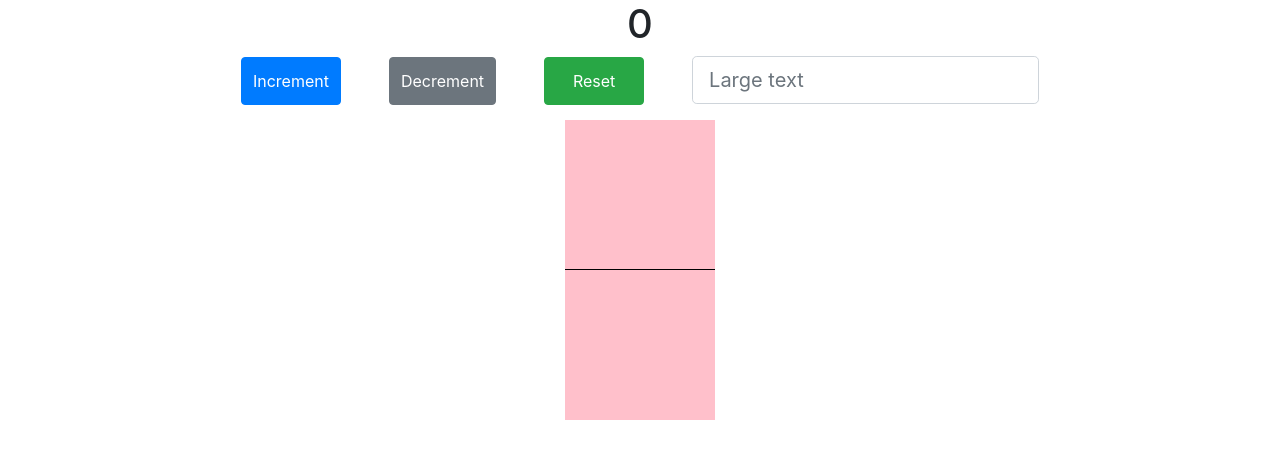
Repository: tts2610/redux-counter
Page: /
An editor plug-in stored every save of this project. The page is shown before and after the next save, followed by the edit.
The browser window is 1280 px wide. The pictures show the whole page.
The project was rebuilt for these pictures with package versions that can differ from the ones it lists, and the page was loaded fresh each time.

Above is the page before, as saved 2020-06-09 15:14:17.

After the next save:
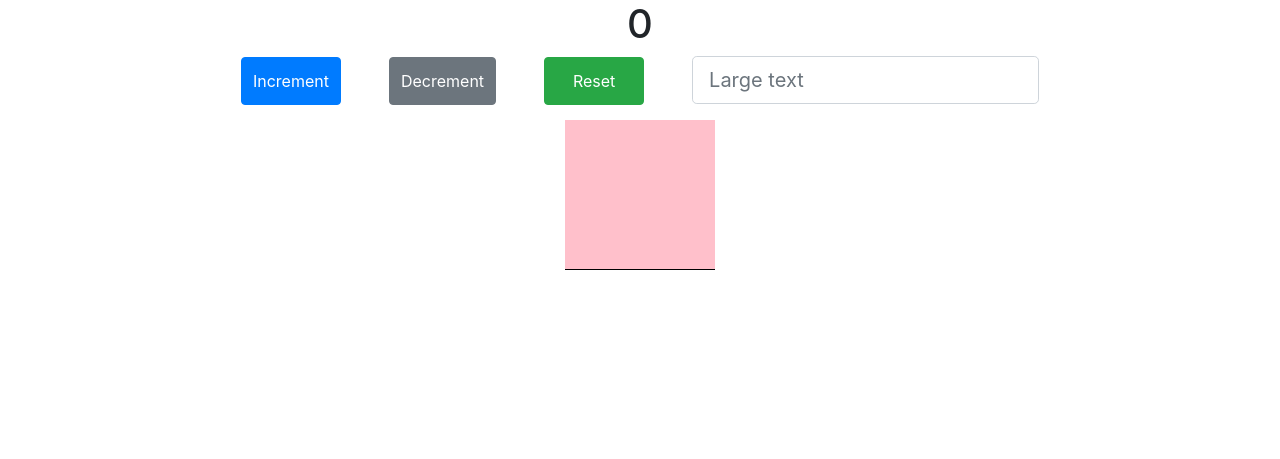
Saved 3 min 15 s later.
--- a/src/App.js
+++ b/src/App.js
@@ -10,7 +10,21 @@ function App() {
   const color = useSelector((state) => state.color);
   const dispatch = useDispatch();
 
-  console.log(count);
+  let temp = count;
+  let divList = [];
+  while (temp > 0) {
+    divList.push(
+      <div
+        style={{
+          width: "150px",
+          height: "150px",
+          backgroundColor: `${color}`,
+          margin: "0 auto",
+        }}
+      ></div>
+    );
+    temp--;
+  }
 
   return (
     <div className="App">
@@ -67,14 +81,6 @@ function App() {
           borderBottom: "1px solid black",
         }}
       ></div>
-      <div
-        style={{
-          width: "150px",
-          height: "150px",
-          backgroundColor: `${color}`,
-          margin: "0 auto",
-        }}
-      ></div>
     </div>
   );
 }
